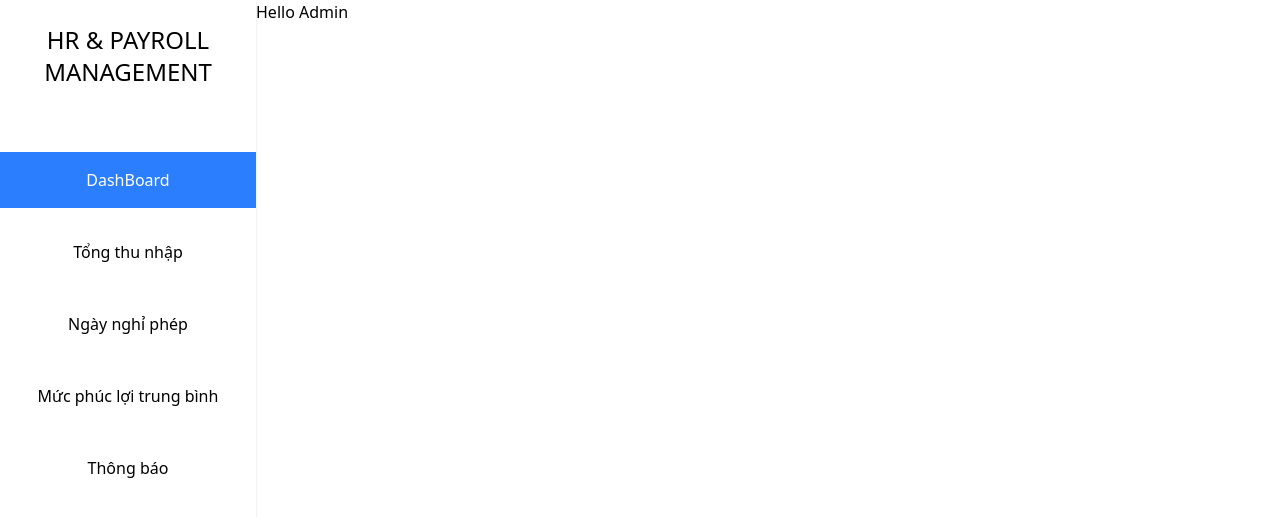
Repository: Edward205204/company-service-fe
Page: /
These files come from the project's save history. The page is drawn as it stood at one moment and after the next save; the edit follows.
The browser window is 1280 px wide. The pictures show the whole page.
The project was rebuilt for these pictures with package versions that can differ from the ones it lists, and the page was loaded fresh each time. Also part of the build but not shown: vite.config.ts.

Above is the page before, as saved 2025-02-14 21:00:48.

### src/main.tsx
import React from 'react';
import ReactDOM from 'react-dom/client';
import { BrowserRouter } from 'react-router';
import './index.css';
import App from './App.tsx';

ReactDOM.createRoot(document.getElementById('root')!).render(
  <React.StrictMode>
    <BrowserRouter>
      <App />
    </BrowserRouter>
  </React.StrictMode>
);

### src/App.tsx
import useCustomRouter from './useCustomRouter';

function App() {
  const elements = useCustomRouter();
  return <>{elements}</>;
}

export default App;

### src/useCustomRouter.tsx
import { useRoutes } from 'react-router';
import Dashboard from './pages/Dashboard';
import MainLayout from './layout/MainLayout';
import Sidebar from './components/Sidebar';

export default function useCustomRouter() {
  const elements = useRoutes([
    {
      path: '/',
      index: true,
      element: (
        <MainLayout sidebar={<Sidebar />}>
          <Dashboard />
        </MainLayout>
      )
    },
    {
      path: '/tong-thu',
      element: (
        <MainLayout sidebar={<Sidebar />}>
          <Dashboard />
        </MainLayout>
      )
    },
    {
      path: '/nghi-phep',
      element: (
        <MainLayout sidebar={<Sidebar />}>
          <Dashboard />
        </MainLayout>
      )
    },
    {
      path: '/phuc-loi',
      element: (
        <MainLayout sidebar={<Sidebar />}>
          <Dashboard />
        </MainLayout>
      )
    },
    {
      path: '/thong-bao',
      element: (
        <MainLayout sidebar={<Sidebar />}>
          <Dashboard />
        </MainLayout>
      )
    }
  ]);
  return elements;
}

### src/pages/Dashboard/Dashboard.tsx
export default function Dashboard() {
  return <div>Hello Admin</div>;
}

### src/layout/MainLayout/MainLayout.tsx
interface childrenProps {
  children: React.ReactNode;
  sidebar?: React.ReactNode;
}
export default function MainLayout({ children, sidebar }: childrenProps) {
  return (
    <>
      <div className='flex'>
        <aside>{sidebar}</aside>
        <div>
          <main>{children}</main>
        </div>
      </div>
    </>
  );
}

### src/components/Sidebar/Sidebar.tsx
import { NavLink } from 'react-router';

export default function Sidebar() {
  return (
    <div className='h-screen w-64 bg-white drop-shadow-[4px_0px_10px_rgb(0 0 0 / 0.1))] shadow-sm py-6'>
      <div className='mb-16 text-2xl font-[500] text-black text-center'>HR & PAYROLL MANAGEMENT</div>
      <div className='flex flex-col'>
        <NavLink
          to={'/'}
          className={({ isActive }) =>
            `${isActive ? 'bg-blue-500 text-white ' : 'hover:bg-blue-500 hover:text-white'} hoverEffect text-center mb-4 p-4`
          }
        >
          DashBoard
        </NavLink>
        <NavLink
          to={'/tong-thu'}
          className={({ isActive }) =>
            `${isActive ? 'bg-blue-500 text-white ' : 'hover:bg-blue-500 hover:text-white'} hoverEffect text-center mb-4 p-4`
          }
        >
          Tổng thu nhập
        </NavLink>
        <NavLink
          to={'/phep'}
          className={({ isActive }) =>
            `${isActive ? 'bg-blue-500 text-white ' : 'hover:bg-blue-500 hover:text-white'} hoverEffect text-center mb-4 p-4`
          }
        >
          Ngày nghỉ phép
        </NavLink>
        <NavLink
          to={'/phuc-loi'}
          className={({ isActive }) =>
            `${isActive ? 'bg-blue-500 text-white ' : 'hover:bg-blue-500 hover:text-white'} hoverEffect text-center mb-4 p-4`
          }
        >
          Mức phúc lợi trung bình
        </NavLink>
        <NavLink
          to={'/thong-bao'}
          className={({ isActive }) =>
            `${isActive ? 'bg-blue-500 text-white ' : 'hover:bg-blue-500 hover:text-white'} hoverEffect text-center mb-4 p-4`
          }
        >
          Thông báo
        </NavLink>
      </div>
    </div>
  );
}

Loaded but not shown: index.html (common file); src/index.css (common file); src/pages/Dashboard/index.ts (common file); src/layout/MainLayout/index.ts (common file); src/components/Sidebar/index.ts (common file)

After the next save:
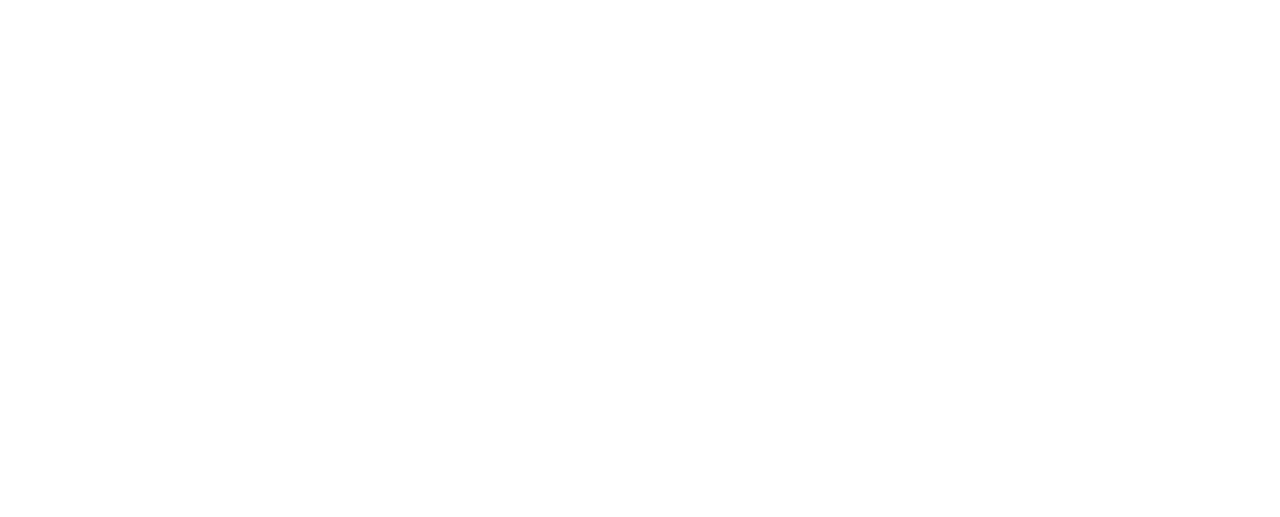
Console error: ReferenceError: elements is not defined
Saved 4 min 2 s later.
--- a/src/App.tsx
+++ b/src/App.tsx
@@ -1,7 +1,6 @@
 import useCustomRouter from './useCustomRouter';
 
 function App() {
-  const elements = useCustomRouter();
   return <>{elements}</>;
 }
 

After the save that followed:
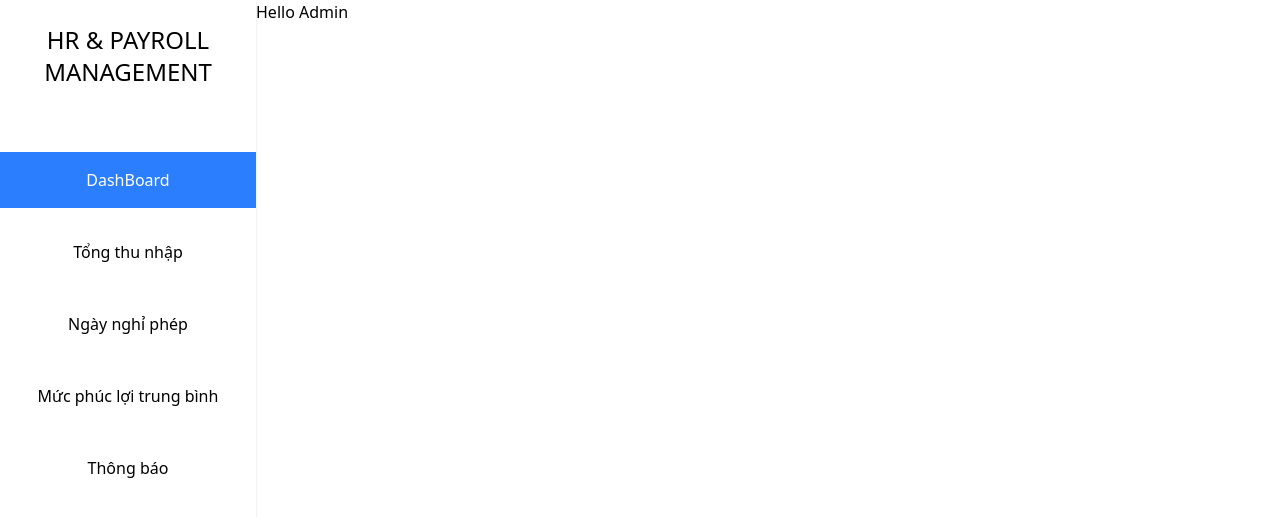
The error is gone.
Saved 25 s later.
--- a/src/App.tsx
+++ b/src/App.tsx
@@ -1,6 +1,7 @@
 import useCustomRouter from './useCustomRouter';
 
 function App() {
+  const elements = useCustomRouter();
   return <>{elements}</>;
 }
 
